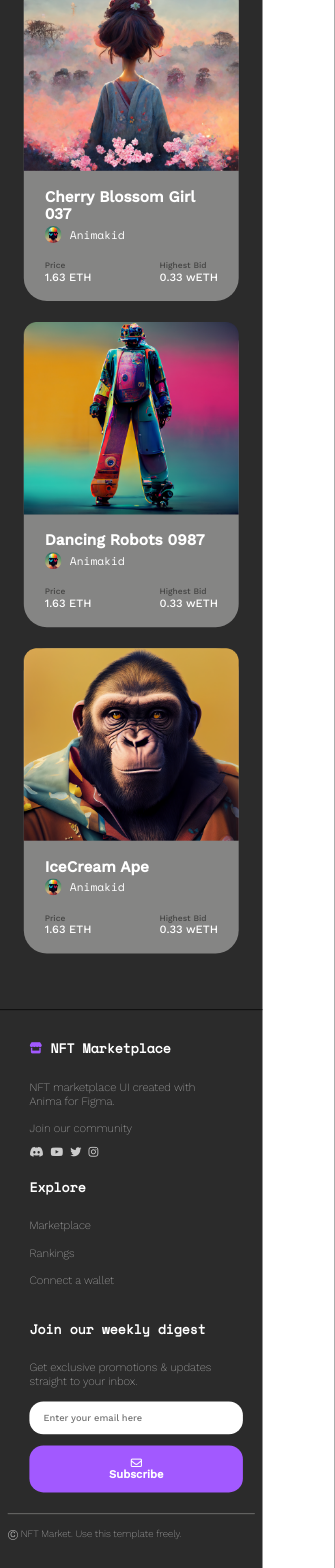
Repository: levananh202ht/NFT_Marketplace
Page: index.html
These files come from the project's save history. The page is drawn as it stood at one moment and after the next save; the edit follows.
The browser window is 375 px wide. The page is 478 px wide, so the pictures cover 478 px, including what lies to the right of the window. The pictures show the part of the page from y = 3850 to 6090 px (the page is 6090 px tall before and 6074 px after), at 70% of full size.

Above is the page before, as saved 2023-12-11 03:10:06.

After the next save:
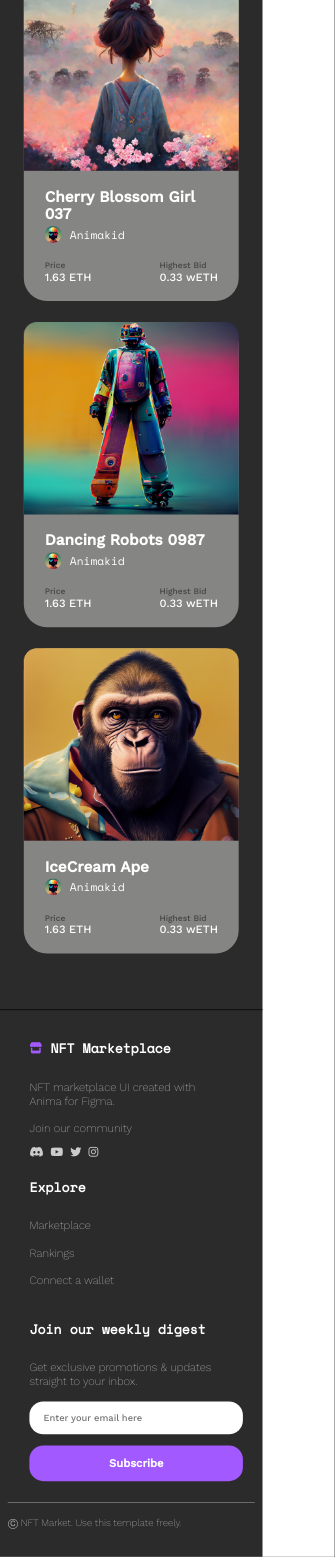
Saved 57 s later.
--- a/responsive.css
+++ b/responsive.css
@@ -138,7 +138,7 @@
         width: 70%;
         margin-left: 0%;
     }
-    .nft_footer .nft_footer-info .nft_footer-info-item3 div button i {
+    .nft_footer .nft_footer-info .nft_footer-info-item3 div button  {
         display: flex;
         justify-content: center;
     }
